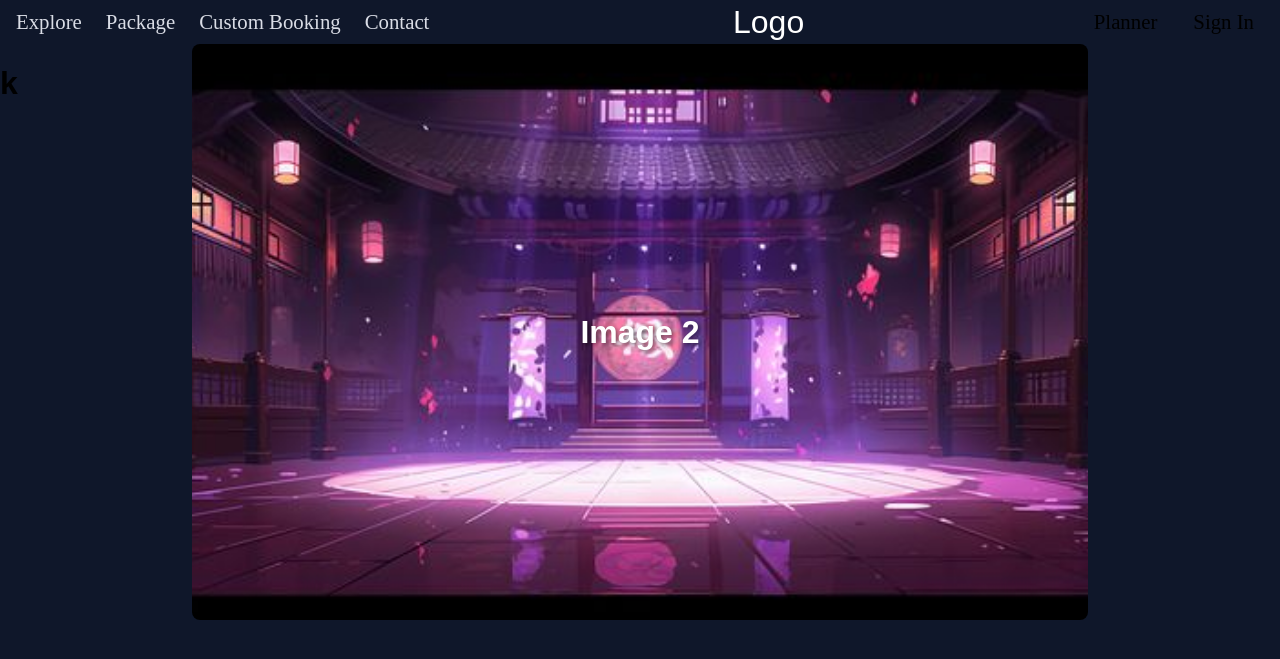
Repository: Demonster-01/Event-Management
Page: / (app in EventOrg/)
The author's editor kept a copy of each file at every save. The page is drawn from the files as they stood at one save, then again after the next save.
The browser window is 1280 px wide. The pictures show the whole page.
Some web fonts or font styles are not loaded; a fallback is used. The project was rebuilt for these pictures with package versions that can differ from the ones it lists, and the page was loaded fresh each time. Also part of the build but not shown: EventOrg/vite.config.js, EventOrg/src/components/Slideshow.jsx.

Above is the page before, as saved 2024-11-08 17:10:31.

### EventOrg/index.html
<!doctype html>
<html lang="en">
  <head>
    <meta charset="UTF-8" />
    <link rel="icon" type="image/svg+xml" href="/vite.svg" />
    <meta name="viewport" content="width=device-width, initial-scale=1.0" />
    <!-- <link
      href="https://fonts.googleapis.com/css2?family=Roboto:wght@400;700&display=swap"
      rel="stylesheet"> -->
    <link
      href="https://fonts.googleapis.com/css2?family=Oranienbaum&display=swap"
      rel="stylesheet">

    <title>Event Mialune</title>
  </head>
  <body>
    <div id="root"></div>
    <script type="module" src="/src/main.jsx"></script>
  </body>
</html>

### EventOrg/src/App.jsx
import { useState } from "react";

import "./App.css";

import Nav from "./components/Nav";
import Slider from "./components/Slider";
import Slideshow from "./components/Slideshow";

function App() {
  return (
    <div className="App">
      <Nav />
      <Slider />
      {/* <Slideshow /> */}
      <h1>k</h1>
    </div>
  );
}

export default App;

### EventOrg/src/App.css
body {
  margin: 0;
  background-color: #0f172a; /* Default text color */
  font-family: "Arial", sans-serif; /* Optional, to set a base font family */
  min-height: 100vh; /* Ensure the background covers the entire screen */
}

### EventOrg/src/components/Nav.jsx
import styles from "../module_css/Nav.module.css";

export default function Nav() {
  return (
    <div className={styles.container}>
      <nav className={styles.navbar}>
        <ul className={styles.nav_list}>
          <li className={styles.nav_item}>Explore</li>
          <li className={styles.nav_item}>Package</li>
          <li className={styles.nav_item}>Custom Booking</li>
          <li className={styles.nav_item}>Contact</li>
        </ul>
      </nav>

      <div className={styles.logo}>Logo</div>
      <div className={styles.btngroup}>
        <button className={styles.btn}>Planner</button>
        <button className={styles.btn}>Sign In</button>
      </div>
    </div>
  );
}

### EventOrg/src/components/Slider.jsx
import React, { useState, useEffect } from "react";
import styles from "../module_css/Slider.module.css";

import image1 from "../assets/images/image.jpg";
import hallImage from "../assets/images/hall.jpg";
import image3 from "../assets/images/image.jpg";

export default function Slider() {
  const [currentImageIndex, setCurrentImageIndex] = useState(0);

  const images = [
    {
      url: image1,
      caption: "Image 1",
    },
    { url: hallImage, caption: "Image 2" },
    { url: image3, caption: "Image 3" },
  ];

  // Function to handle the next image in the slider
  const nextImage = () => {
    setCurrentImageIndex((prevIndex) => (prevIndex + 1) % images.length);
  };

  // Automatic slider every 3 seconds
  useEffect(() => {
    const interval = setInterval(nextImage, 3000);
    return () => clearInterval(interval); // Cleanup on component unmount
  }, []);

  return (
    <div className={styles.slider_container}>
      <div className={styles.image_slider}>
        <img
          src={images[currentImageIndex].url}
          alt={images[currentImageIndex].caption}
          className={styles.slider_image}
        />
        <div className={styles.image_caption}>
          {images[currentImageIndex].caption}
        </div>
      </div>
    </div>
  );
}

### EventOrg/src/module_css/Nav.module.css
.container {
  display: flex;
  justify-content: space-between;
  align-items: center;
  /* background-color: #404a42; */
  padding: 0 1rem;
}

.navbar {
  color: #dadde6;
  font-size: 1.3rem;
  font-family: "Oranienbaum";
}

.nav_list {
  display: flex;
  list-style-type: none;
  margin: 0;
  padding: 0;
}

.nav_item {
  margin-right: 1.5rem;
  color: 404a42;
  cursor: pointer;
}

.nav_item:hover,
.btn:hover {
  color: #eddbcd;
  cursor: pointer;
  transition: color 0.3s ease;
}

.btngroup {
  display: flex;
  gap: 1rem;
}

.btn {
  font-family: "Oranienbaum";
  font-size: 1.3rem;
  border: none;
  padding: 10px;
  background-color: transparent;
  color: 404a42;
}

.logo {
  color: white;
  font-size: 2rem;
}

### EventOrg/src/module_css/Slider.module.css
/* Container for the slider */
.slider_container {
  display: flex;
  justify-content: center;
  align-items: center;
  position: absolute;
  height: 80%;
  width: 100%;
  overflow: hidden;
}

/* Styling for the image and text inside the slider */
.image_slider {
  position: relative;
  width: 70%;
  height: 100%;
}

/* Image styling */
.slider_image {
  width: 100%;
  height: 100%;
  border-radius: 8px;
  object-fit: cover; /* Ensures the image covers the entire container */
  transition: opacity 0.5s ease; /* Smooth transition for image changes */
}

/* Text caption styling */
.image_caption {
  position: absolute;
  top: 50%;
  left: 50%;
  transform: translate(-50%, -50%);
  color: white;
  font-size: 2rem;
  font-weight: bold;
  text-shadow: 2px 2px 4px rgba(0, 0, 0, 0.5); /* Text shadow for better visibility */
}

Loaded but not shown: EventOrg/src/main.jsx (common file)

After the next save:
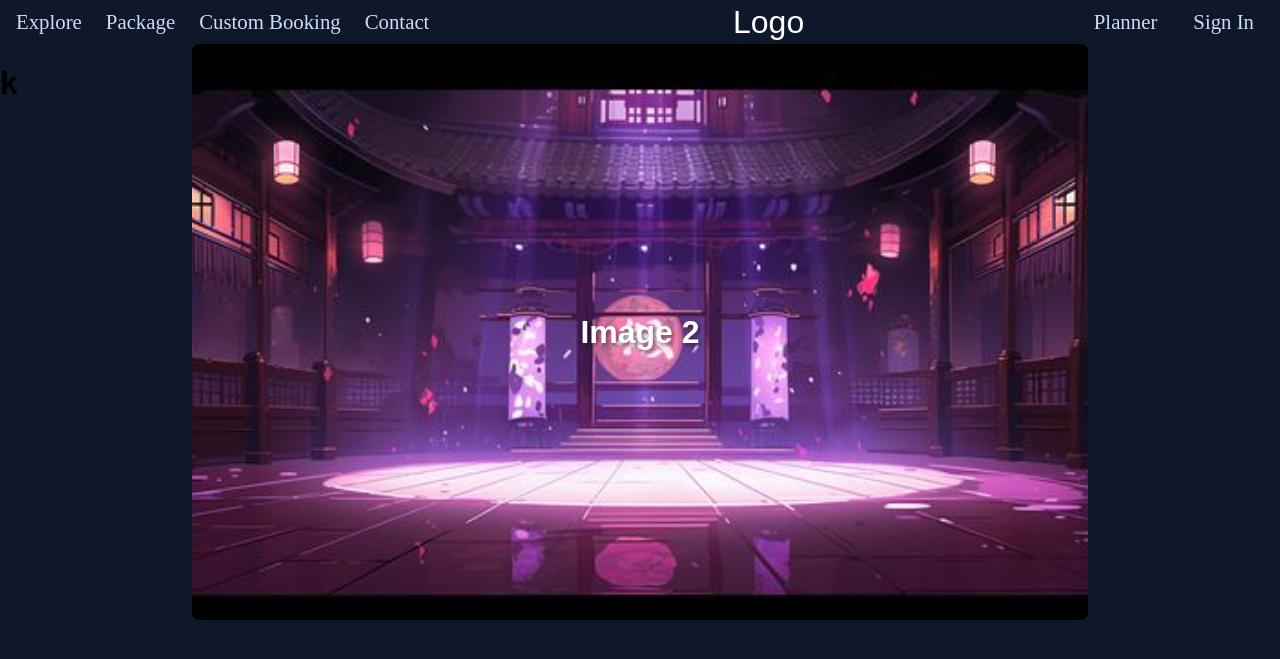
Saved 48 s later.
--- a/EventOrg/src/module_css/Nav.module.css
+++ b/EventOrg/src/module_css/Nav.module.css
@@ -7,7 +7,7 @@
 }
 
 .navbar {
-  color: #dadde6;
+  color: #d2dbf5;
   font-size: 1.3rem;
   font-family: "Oranienbaum";
 }
@@ -43,7 +43,7 @@
   border: none;
   padding: 10px;
   background-color: transparent;
-  color: 404a42;
+  color: #d2dbf5;
 }
 
 .logo {
